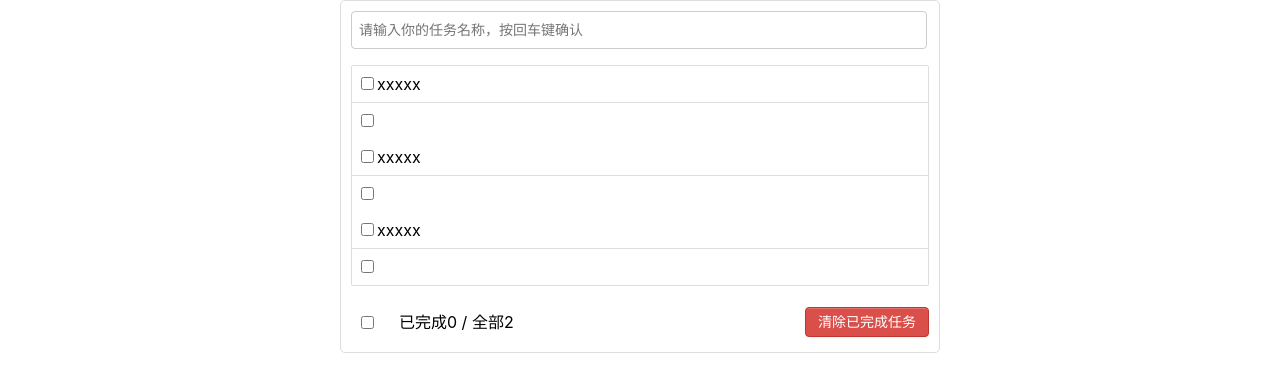
Repository: 0118Inory/react_bases
Page: /
The author's editor kept a copy of each file at every save. The page is drawn from the files as they stood at one save, then again after the next save.
The browser window is 1280 px wide. The pictures show the whole page.
The project was rebuilt for these pictures with package versions that can differ from the ones it lists, and the page was loaded fresh each time.

Above is the page before, as saved 2022-03-01 11:03:34.

After the next save:
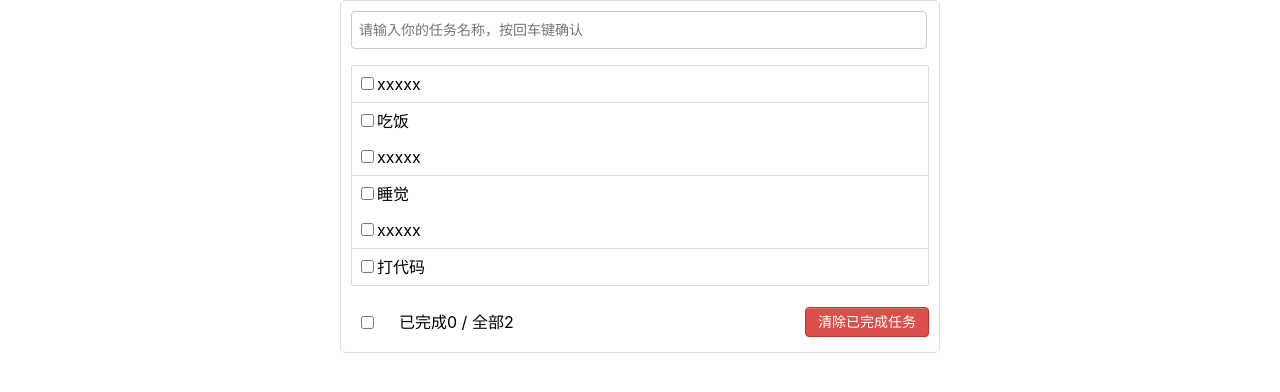
Saved 3 s later.
--- a/src/components/List/index.jsx
+++ b/src/components/List/index.jsx
@@ -10,7 +10,7 @@ export default class List extends Component {
         {
           todos.map((todo)=>{
             return (
-              <Item key={todo.id}/>
+              <Item key={todo.id} id={todo.id} name={todo.name}/>
             )
           })
         }
